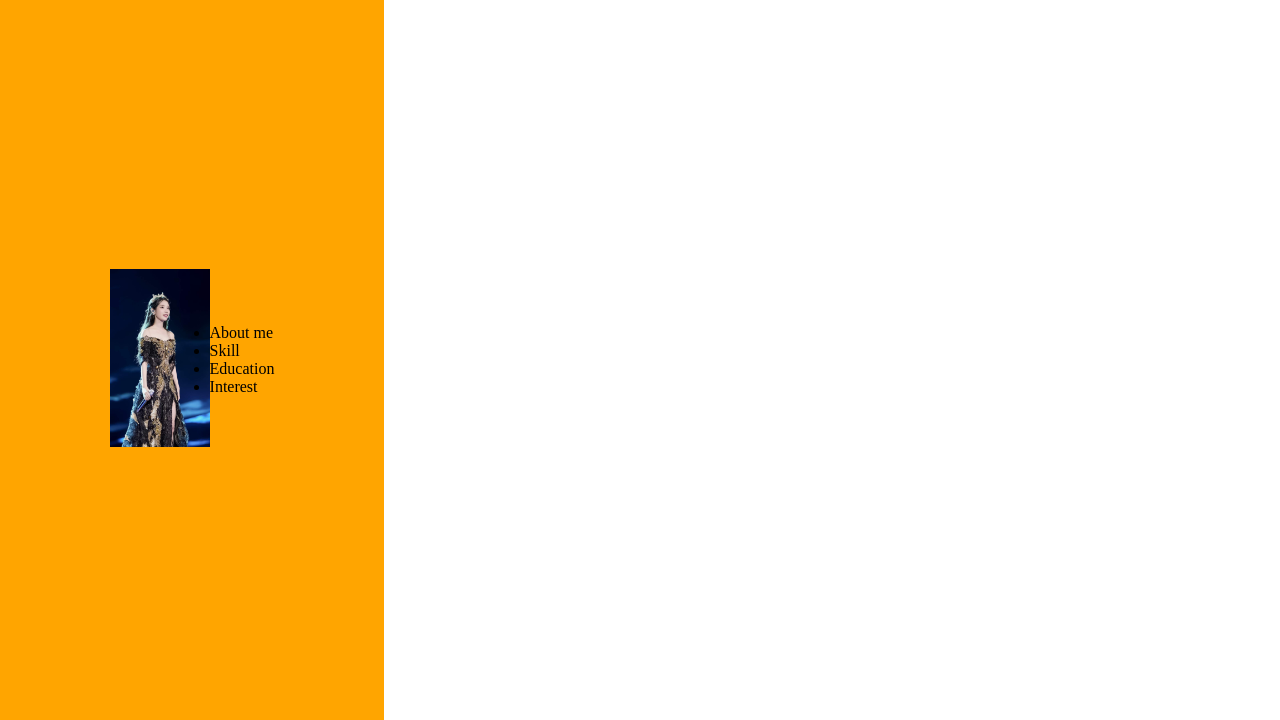
Repository: KinD2704/Web-University
Page: test/index.html
The author's editor kept a copy of each file at every save. The page is drawn from the files as they stood at one save, then again after the next save.
The browser window is 1280 px wide. The pictures show the whole page.

Above is the page before, as saved 2023-12-01 22:22:11.

After the next save:
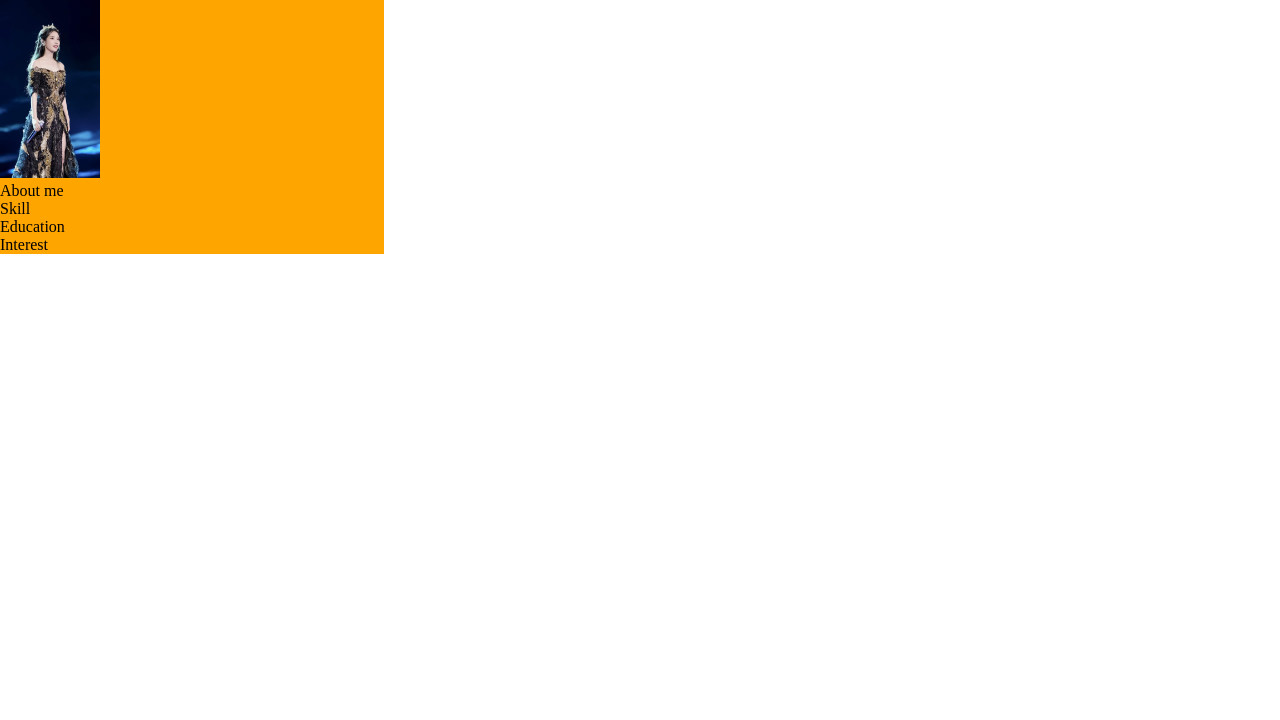
Saved 57 s later.
--- a/test/style.css
+++ b/test/style.css
@@ -3,14 +3,9 @@
     margin: 0;
 }
 .main {
-    /* display: flex; */
+    display: flex;
 }
 .main .menu {
     background-color: orange;
-    float: left;
-    width: 30%;
-    height: 100vh;
-    display: flex;
-    justify-content: center;
-    align-items: center;
+    flex-basis: 30%;
 }
